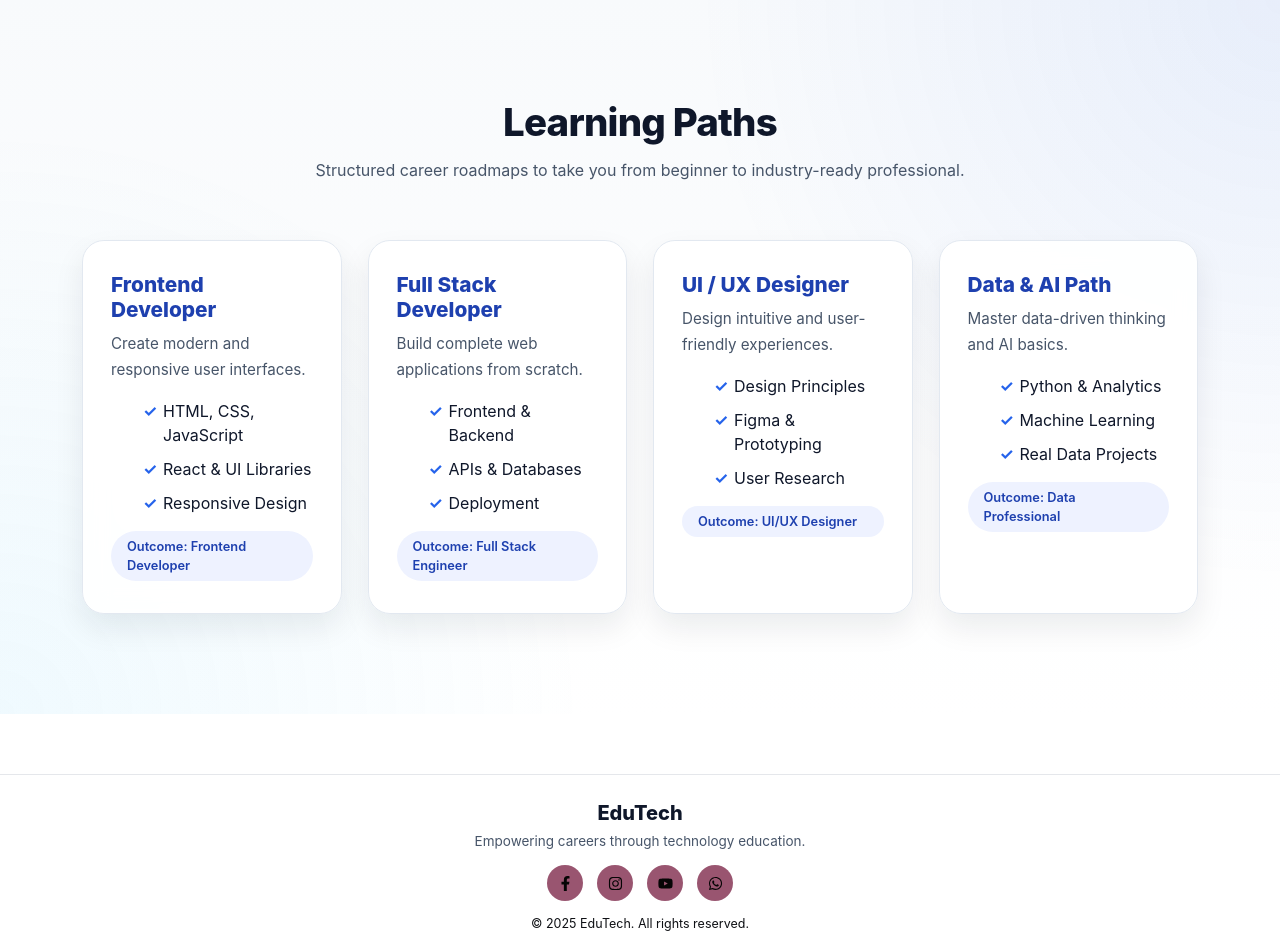
Repository: Aswin74k/project-2
Page: /
These files come from the project's save history. The page is drawn as it stood at one moment and after the next save; the edit follows.
The browser window is 1280 px wide. The pictures show the part of the page from y = 2045 to 2997 px (the page is 2997 px tall).
The project was rebuilt for these pictures with package versions that can differ from the ones it lists, and the page was loaded fresh each time. Some packages were replaced by stand-ins written for this rebuild. Also part of the build but not shown: vite.config.js, src/project/course.css, src/project/Course.jsx, src/project/About.css, src/project/About.jsx, src/project/Enroll.css, src/project/Enroll.jsx, src/project/contact.css and 2 more.

Above is the page before, as saved 2025-12-25 19:47:26.

After the next save:
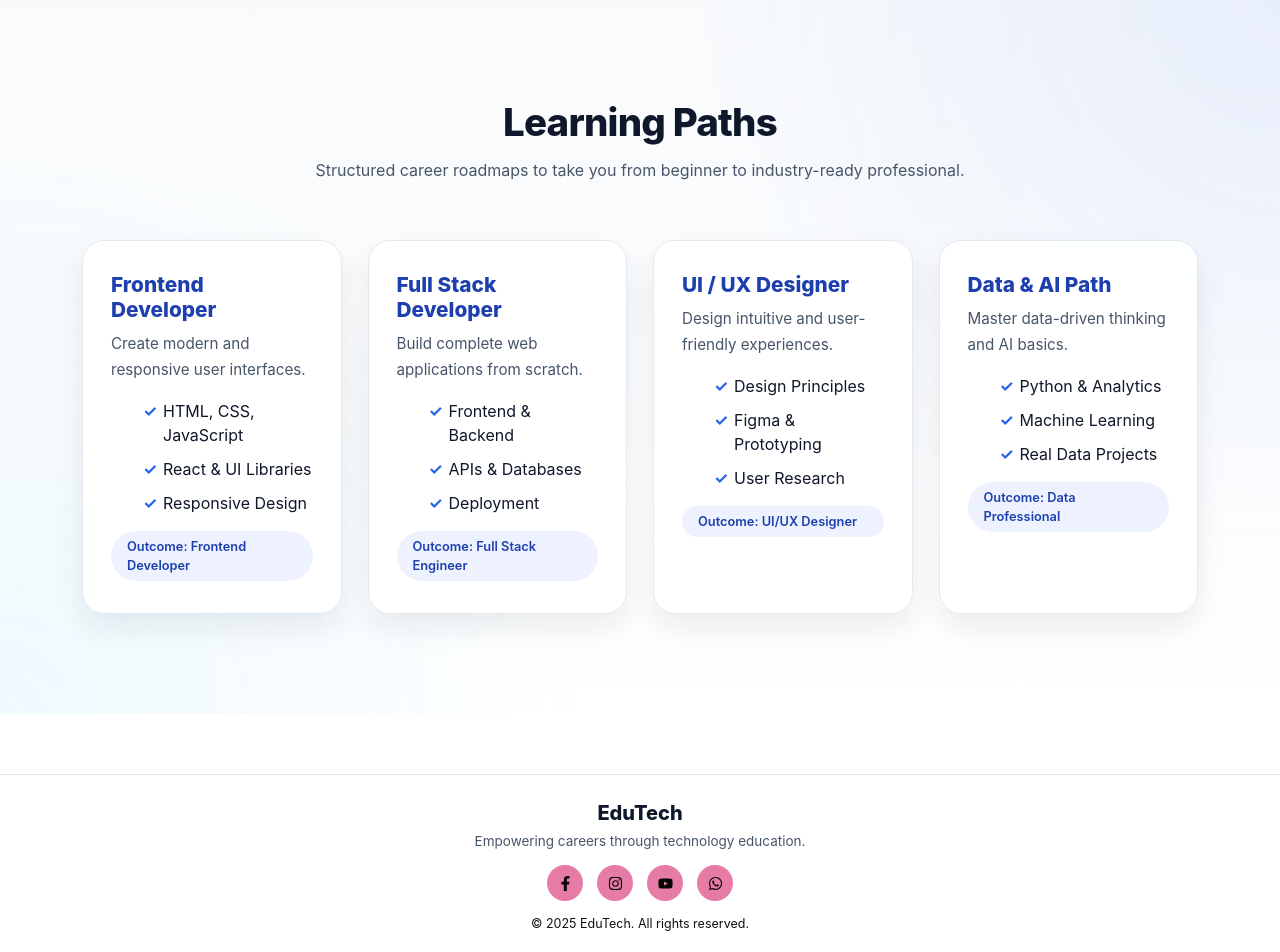
Saved 6 s later.
--- a/src/project/Home.css
+++ b/src/project/Home.css
@@ -314,7 +314,7 @@
 
 /* KEEP ICON COLORS SAME */
 .footer-social a {
-  background-color: rgb(153, 85, 112);
+  background-color: rgb(230, 123, 166);
   width: 36px;
   height: 36px;
   border-radius: 50%;
